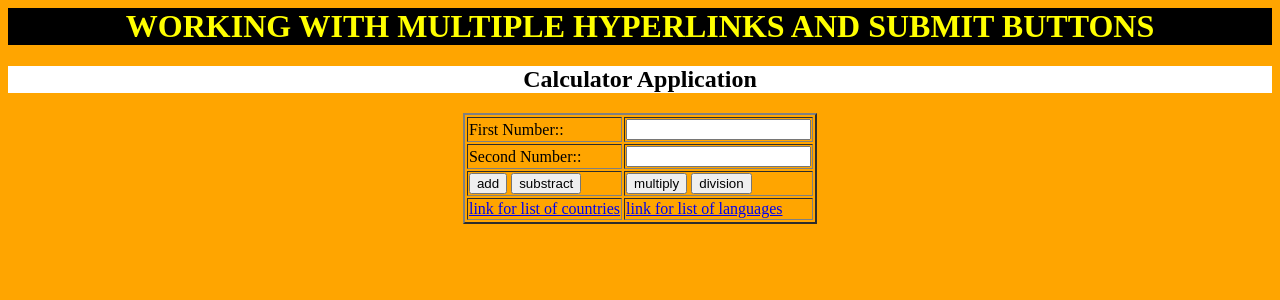
Repository: shivaramkrishna53/SERVLET_PROJECTS
Page: proj11-workingwithmultiplehyperlinksandsubmitbuttons/WebContent/input.html
The author's editor kept a copy of each file at every save. The page is drawn from the files as they stood at one save, then again after the next save.
The browser window is 1280 px wide. The pictures show the whole page.

Above is the page before, as saved 2021-01-12 09:45:36.

After the next save:
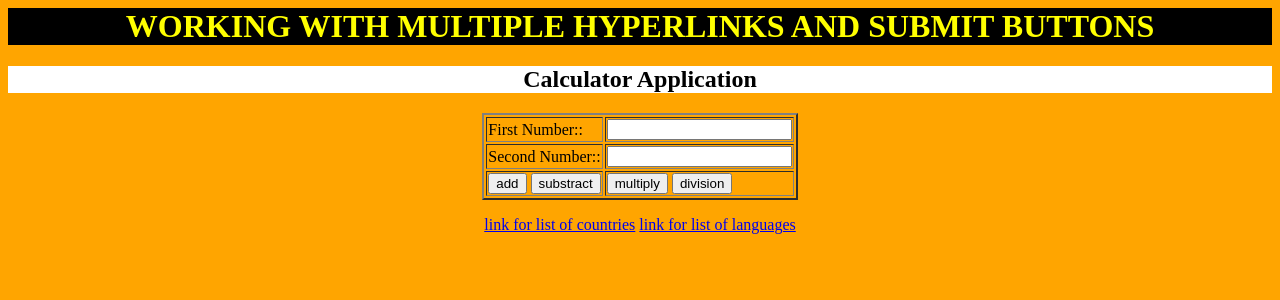
Saved 29 s later.
--- a/proj11-workingwithmultiplehyperlinksandsubmitbuttons/WebContent/input.html
+++ b/proj11-workingwithmultiplehyperlinksandsubmitbuttons/WebContent/input.html
@@ -34,7 +34,8 @@
 <input type="button" name="cal" value="division"/>
 </td>
 </tr>
-
+</table>
+</form>
 <tr>
 <td>
 <a href="calculatorurl?cal=countries">link for list of countries</a>
@@ -43,7 +44,7 @@
 <a href="calculatorurl?cal=languages">link for list of languages</a>
 </td>
 </tr>
-</table>
+
 </center>
 </body>
 </html>
